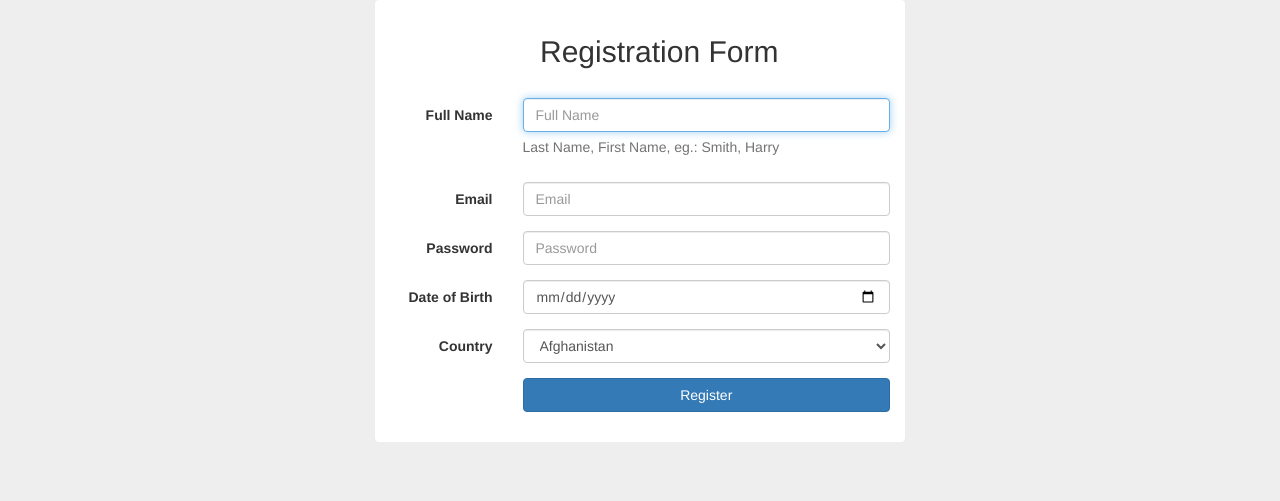
Repository: MeghaNagari/PracticeAtVMC
Page: Practice/VuePractice/WebContent/LoginDisplay.html
These files come from the project's save history. The page is drawn as it stood at one moment and after the next save; the edit follows.
The browser window is 1280 px wide. The pictures show the whole page.
Some web libraries are served in a nearby version.

Above is the page before, as saved 2018-03-20 18:44:57.
Console error (its wording comes from the project's code and is left out).

### Practice/VuePractice/WebContent/LoginDisplay.html
<link href="//netdna.bootstrapcdn.com/bootstrap/3.2.0/css/bootstrap.min.css" rel="stylesheet" id="bootstrap-css">
<script src="//netdna.bootstrapcdn.com/bootstrap/3.2.0/js/bootstrap.min.js"></script>
<script src="//code.jquery.com/jquery-1.11.1.min.js"></script>
<link rel="stylesheet" href="css/LoginStyle.css">
<script src="https://cdn.jsdelivr.net/npm/vue/dist/vue.js"></script>
<!------ Include the above in your HEAD tag ---------->

<div class="container">
           <div id="parentForm"> <form v-on:submit.prevent="submitForm"  class="form-horizontal" role="form">
                <h2>Registration Form</h2>
                <div class="form-group">
                    <label for="firstName" class="col-sm-3 control-label">Full Name</label>
                    <div class="col-sm-9">
                        <input type="text" v-model="user.firstName" placeholder="Full Name" class="form-control" autofocus>
                        <span class="help-block">Last Name, First Name, eg.: Smith, Harry</span>
                    </div>
                </div>
                <div class="form-group">
                    <label for="email" class="col-sm-3 control-label">Email</label>
                    <div class="col-sm-9">
                        <input type="email" v-model="user.email" placeholder="Email" class="form-control">
                    </div>
                </div>
                <div class="form-group">
                    <label for="password" class="col-sm-3 control-label">Password</label>
                    <div class="col-sm-9">
                        <input type="password" v-model="user.password" placeholder="Password" class="form-control">
                    </div>
                </div>
                <div class="form-group">
                    <label for="birthDate" class="col-sm-3 control-label">Date of Birth</label>
                    <div class="col-sm-9">
                        <input type="date" v-model="user.birthDate" class="form-control">
                    </div>
                </div>
                <div class="form-group">
                    <label for="country" class="col-sm-3 control-label">Country</label>
                    <div class="col-sm-9">
                        <select id="country" class="form-control">
                            <option>Afghanistan</option>
                            <option>Bahamas</option>
                            <option>Cambodia</option>
                            <option>Denmark</option>
                            <option>Ecuador</option>
                            <option>Fiji</option>
                            <option>Gabon</option>
                            <option>Haiti</option>
                        </select>
                    </div>
                </div> <!-- /.form-group -->


             <div class="form-group">
                    <div class="col-sm-9 col-sm-offset-3">
                        <button type="submit" class="btn btn-primary btn-block">Register</button>
                    </div>
                </div>


               <my-component v-bind:user="users"></my-component>



            </form> <!-- /form -->


            </div>



        </div> <!-- ./container -->

        <script>
       var Child= Vue.component('my-component', {
    	   props:['user'],

        	  template: '<span>{{ users}}</span>',

        	})
        var r=new Vue({
        	el:"#parentForm",
        	data:{
        		user:{
        		firstName:"",
        		email:"",
        		password:"",
        		birthDate:""
        		}
        	},
        	methods:{
        		submitForm:function(event){
        			alert("form submitted")
        		}

        	},
        	components: {
        	    // <my-component> will only be available in parent's template
        	    'my-component': Child
        	  }
        	})






        </script>

### Practice/VuePractice/WebContent/css/LoginStyle.css
body {
    background-color: #eee;
}

*[role="form"] {
    max-width: 530px;
    padding: 15px;
    margin: 0 auto;
    background-color: #fff;
    border-radius: 0.3em;
}

*[role="form"] h2 {
    margin-left: 5em;
    margin-bottom: 1em;
}

After the next save:
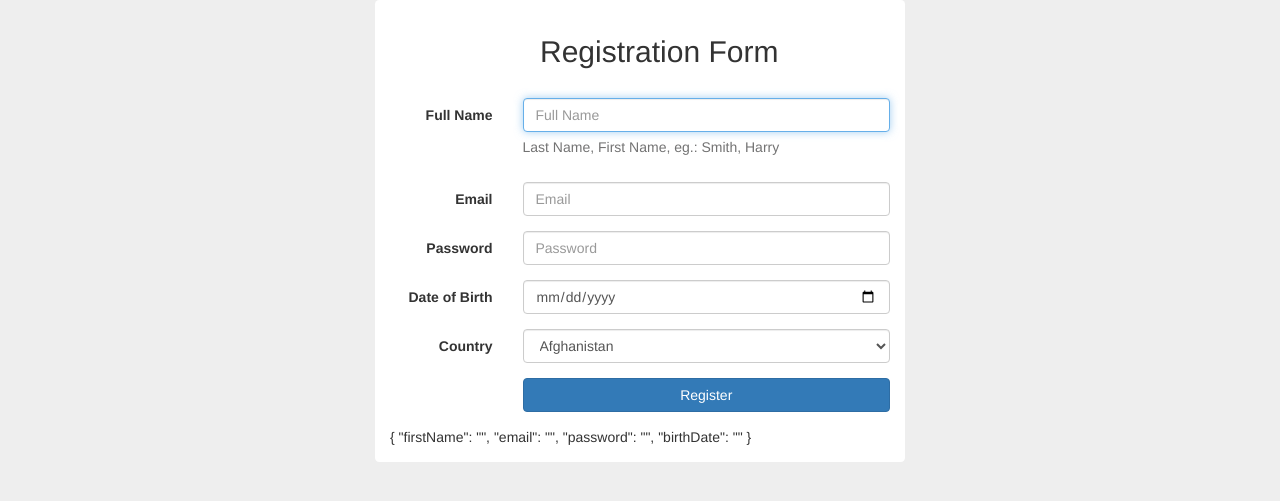
Saved 37 s later.
--- a/Practice/VuePractice/WebContent/LoginDisplay.html
+++ b/Practice/VuePractice/WebContent/LoginDisplay.html
@@ -57,7 +57,7 @@
                 </div>
 
 
-               <my-component v-bind:user="users"></my-component>
+               <my-component v-bind:users="user"></my-component>
 
 
 
@@ -72,7 +72,7 @@
 
         <script>
        var Child= Vue.component('my-component', {
-    	   props:['user'],
+    	   props:['users'],
 
         	  template: '<span>{{ users}}</span>',
 

After the save that followed:
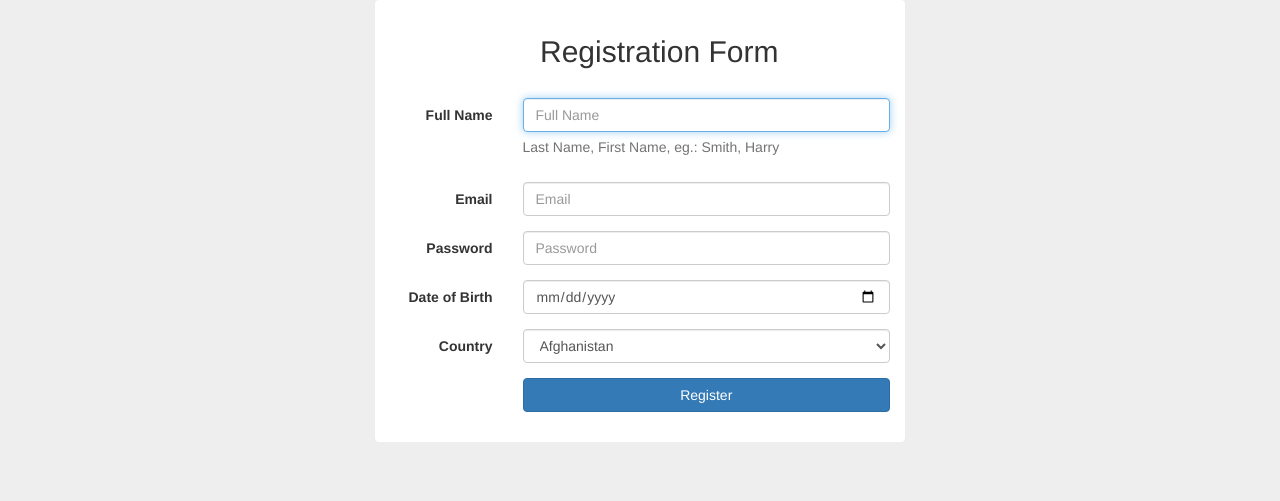
Saved 37 s later.
--- a/Practice/VuePractice/WebContent/LoginDisplay.html
+++ b/Practice/VuePractice/WebContent/LoginDisplay.html
@@ -74,7 +74,7 @@
        var Child= Vue.component('my-component', {
     	   props:['users'],
 
-        	  template: '<span>{{ users}}</span>',
+        	  template: '<span>{{ users.firstName}}</span>',
 
         	})
         var r=new Vue({
